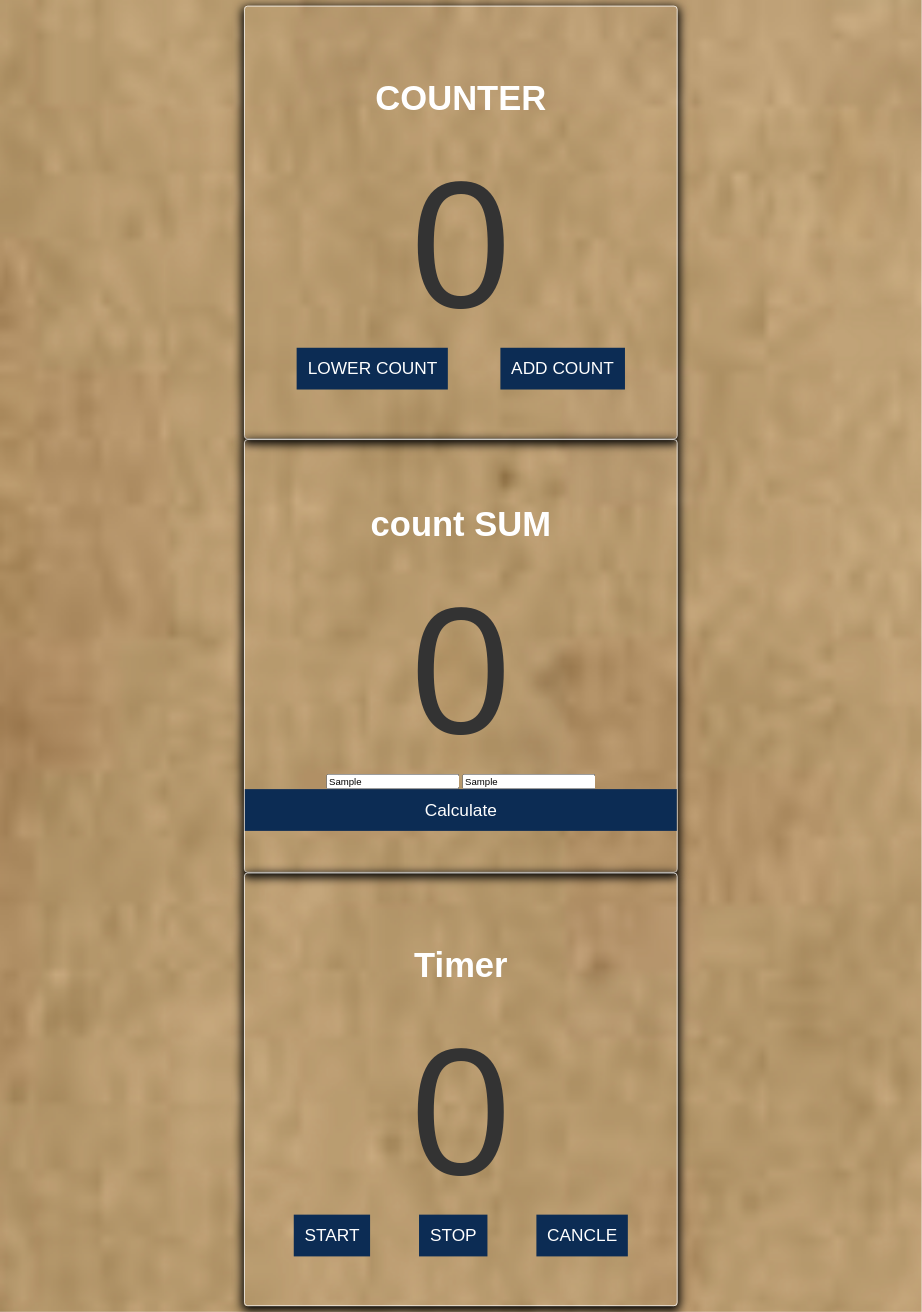
Repository: Hasmik-icml/counter
Page: index.html
An editor plug-in stored every save of this project. The page is shown before and after a run of saves, followed by the edit.
The browser window is 1280 px wide. The pictures show the whole page, at 72% of full size.
Empty fields were first filled with sample values (such as "Sample", 5 or name@example.com).
After loading, the first visible `button.buttonCansle` was clicked once.

Above is the page before, as saved 2022-02-14 18:34:00.
Console error: ReferenceError: v is not defined

### index.html
<!DOCTYPE html>
<html lang="en">
<head>
    <meta charset="UTF-8">
    <meta http-equiv="X-UA-Compatible" content="IE=edge">
    <meta name="viewport" content="width=device-width, initial-scale=1.0">
    <link rel="stylesheet" href="/style.css">
    <title>Document</title>
</head>
<body>
    <!-- increase decrease -->
    <div class="container">
        <h1 class="counterHeader">COUNTER</h1>
        <div class="result">0</div>
        <div class="buttons">
            <button class="buttonLower button">LOWER COUNT</button>
            <button class="buttonAdd button">ADD COUNT</button>
    </div>
    </div>

    <!--calculate sum of two numbers  -->
    <div class="container">
        <h1 class="counterHeader">count SUM</h1>
        <div class="resultSum result">0</div>
        <div class="inputs">
            <input type="text" class="inputNumber1 input">
            <input type="text" class="inputNumber2 input">
        </div>
        <button class="calculateNumber button">Calculate</button>
        <!--  -->
    </div>
    <!-- timer -->
    <div class="container">
        <h1 class="counterHeader">Timer</h1>
        <div class="resultTimer result">0</div>
        <div class="timerButtons buttons">
            <button class="buttonStart button">START</button>
            <button class="buttonStop button">STOP</button>
            <button class="buttonCansle button">CANCLE</button>
         </div>
        <!--  -->
    </div>


    <script src="/index.js"></script>
</body>
</html>

### style.css
body{
    display:flex;
    flex-direction:column;
    justify-content:center;
    min-height:100vh;
    background-image: url("/Screenshot_14.png");
    background-repeat: no-repeat;
    background-size: cover;
}
.container {
    width: 600px;
    height: 600px;
    border: 1px solid white;
    border-radius: 5px;
    margin: auto;
    text-align: center;
    box-shadow: 0px 4px 13px 3px;
    display: flex;
    flex-direction: column;
    justify-content: center;
}
.counterHeader{
    color: white;
    font-family: sans-serif;
    font-size: xxx-large;
}
.result{
    color: #333333;
    font-family: sans-serif;
    font-size: 250px;
}
.button{
    background-color: #0c2c54;
    border-style: none;
    color: white;
    padding: 15px;
    font-family: sans-serif;
    font-size: x-large;
}
.buttons{
    display: flex;
    justify-content: space-evenly;
}

### index.js
// increase decrease
const result = document.querySelector(".result");
const buttonLower = document.querySelector(".buttonLower");
const buttonAdd = document.querySelector(".buttonAdd");

buttonLower.addEventListener("click", function(){
    result.innerHTML--;
})
buttonAdd.addEventListener("click", function(){
    result.innerHTML++;
})

// function incrisOrDecris(){

// }
// document.querySelectorAll(".button").forEach(item => {
//     item.addEventListener("click", function(e){
//         console.log(e.target);
//         // this.innerHTML++;
//     })
// })

// calculate sum of two numbers
document.querySelector(".calculateNumber").addEventListener("click", function(){
    const number1 = +document.querySelector(".inputNumber1").value;
    const number2 = +document.querySelector(".inputNumber2").value;
    document.querySelector(".resultSum").innerHTML = calculate(number1)(number2);

})

function calculate(num1){
    return function(num2){
        return num1 + num2;
    }
}

// timer
const buttonStart = document.querySelector(".buttonStart");
const buttonStop = document.querySelector(".buttonStop");
const buttonCansle = document.querySelector(".buttonCansle");
const resultTimer = document.querySelector(".resultTimer");
let interval;

buttonStart.addEventListener("click", function(){
    interval = setInterval(timerStart, 1000);
})

buttonStop.addEventListener("click", function(){
    timerStop();
})

buttonCansle.addEventListener("click", function(){
    v
})

function timerStart(){
    resultTimer.innerHTML++;
}

function timerStop(){
  clearInterval(interval);
}

After the next 3 saves:
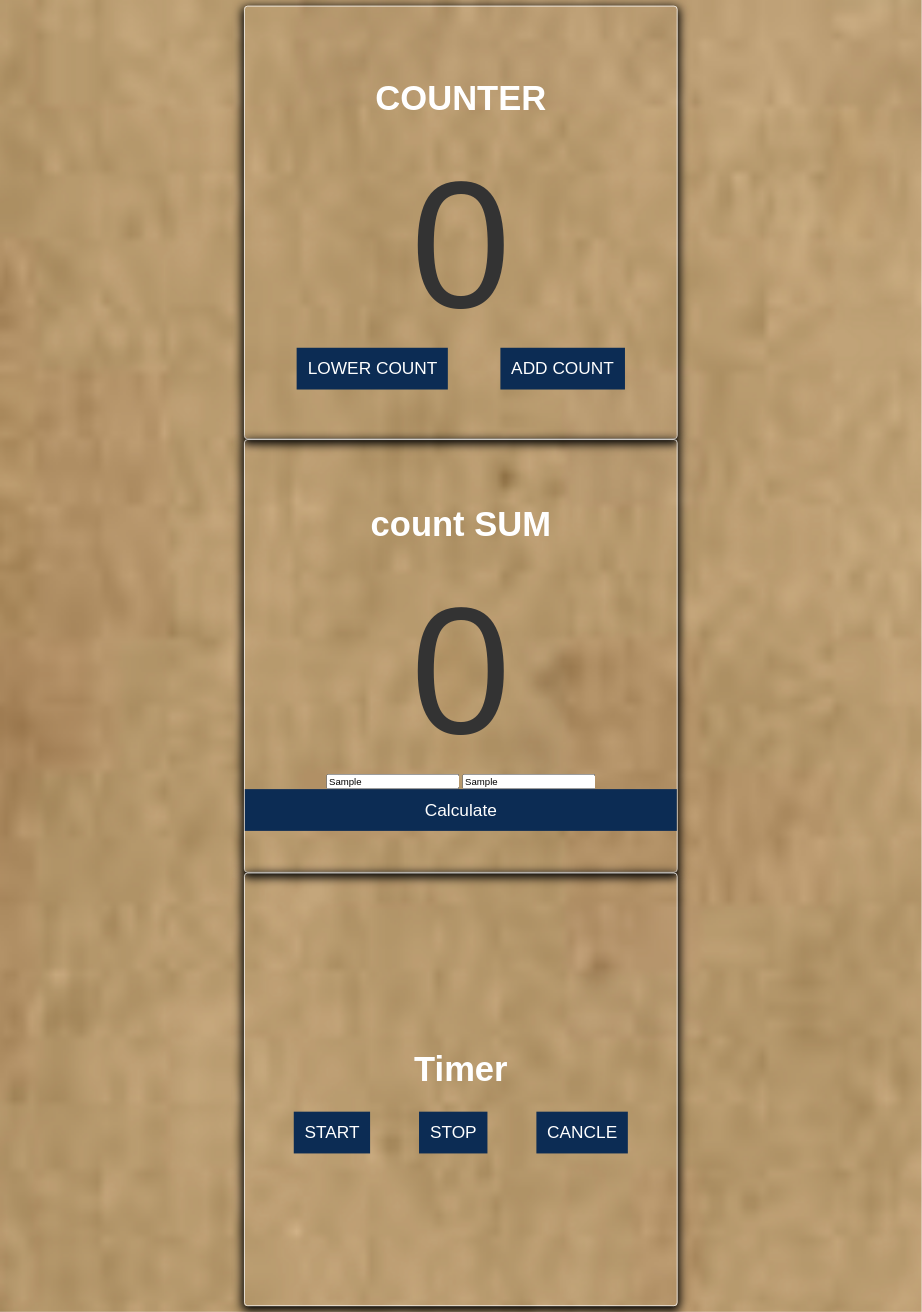
The error is gone.
The 3 saves are shown as one change because they came seconds apart.
The last was saved 7 s later.
--- a/index.js
+++ b/index.js
@@ -50,7 +50,7 @@ buttonStop.addEventListener("click", function(){
 })
 
 buttonCansle.addEventListener("click", function(){
-    v
+    resultTimer.innerHTML = "";
 })
 
 function timerStart(){
